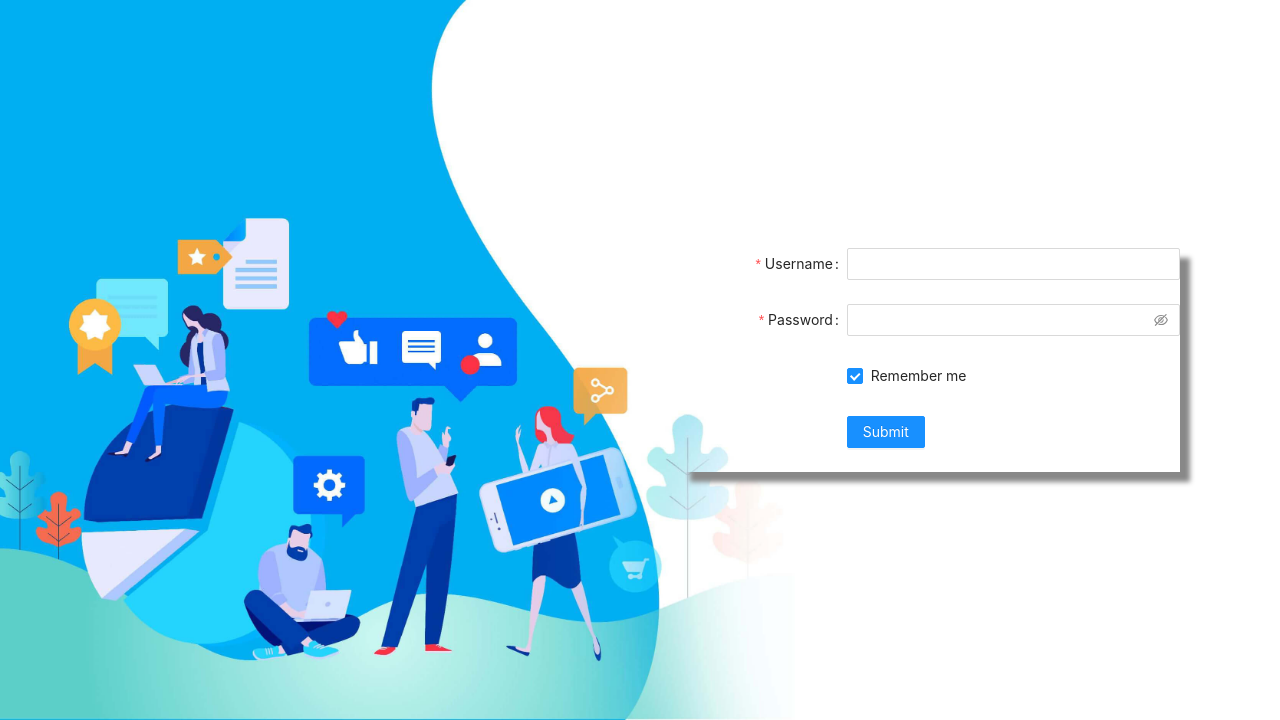
Repository: DallenCat/react-test
Page: /login
These files come from the project's save history. The page is drawn as it stood at one moment and after the next save; the edit follows.
The browser window is 1280 px wide. The pictures show the whole page.
The project was rebuilt for these pictures with package versions that can differ from the ones it lists, and the page was loaded fresh each time. Also part of the build but not shown: src/containers/dashboard/index.js, src/containers/personal/index.js, src/components/layout/index.css, src/components/layout/sider/menu.js, src/components/layout/sider/logo.js, src/components/layout/sider/index.js, src/components/layout/index.js.

Above is the page before, as saved 2021-10-29 17:29:06.

### src/index.js
/*
 * @Descripttion:
 * @version:
 * @Author: dal
 * @Date: 2021-10-26 17:14:54
 * @LastEditors: dal
 * @LastEditTime: 2021-10-28 17:36:55
 */
import React from 'react';
import ReactDOM from 'react-dom';
import './index.css';
import App from './App';
import reportWebVitals from './reportWebVitals';
import { Provider } from "react-redux"
import store from "./store"

ReactDOM.render(
  <Provider store={store}>
    <App />
  </Provider>,
  document.getElementById('root')
);

// If you want to start measuring performance in your app, pass a function
// to log results (for example: reportWebVitals(console.log))
// or send to an analytics endpoint. Learn more: https://bit.ly/CRA-vitals
reportWebVitals();

### src/App.js
/*
 * @Descripttion:
 * @version:
 * @Author: dal
 * @Date: 2021-10-26 17:14:54
 * @LastEditors: dal
 * @LastEditTime: 2021-10-29 16:36:06
 */

import './App.css';
import Routes from './routes';
import { BrowserRouter as Router, Switch, Route } from 'react-router-dom';
import SiderDemo from "@/components/layout/index.js"
import { Component } from 'react';
class App extends Component {
  render() {
    let staticPage = ['/login'] //不需要左侧导航的页面
    let LayoutRouter = (props) => {
      if (staticPage.includes(props.location.pathname)) {
        return (
          <Routes />
        )
      } else {
        return (
          <SiderDemo>
            <Routes />
          </SiderDemo>
        )
      }
    }
    return (
      <Router>
        <Switch>
          <Route path="/" component={LayoutRouter} />
        </Switch>
      </Router>
    )
  }

}
// render(<Router routes={routes} />, document.body)
export default App;

### src/store/index.js
/*
 * @Descripttion:
 * @version:
 * @Author: dal
 * @Date: 2021-10-28 17:32:00
 * @LastEditors: dal
 * @LastEditTime: 2021-10-29 15:12:22
 */
import { configureStore } from '@reduxjs/toolkit'

import counterReducer from '@/reducers/counterReducer'
import menuReducer from '@/reducers/menuReducer'

export default configureStore({
  reducer: {
    counter: counterReducer,
    menu: menuReducer
  }
})

### src/App.css
@import '~antd/dist/antd.css';

.App {
  text-align: center;
}

.App-logo {
  height: 40vmin;
  pointer-events: none;
}

@media (prefers-reduced-motion: no-preference) {
  .App-logo {
    animation: App-logo-spin infinite 20s linear;
  }
}

.App-header {
  background-color: #282c34;
  min-height: 100vh;
  display: flex;
  flex-direction: column;
  align-items: center;
  justify-content: center;
  font-size: calc(10px + 2vmin);
  color: white;
}

.App-link {
  color: #61dafb;
}

@keyframes App-logo-spin {
  from {
    transform: rotate(0deg);
  }

  to {
    transform: rotate(360deg);
  }
}

### src/routes/index.js
/*
 * @Descripttion:
 * @version:
 * @Author: dal
 * @Date: 2021-10-26 17:34:53
 * @LastEditors: dal
 * @LastEditTime: 2021-10-29 16:08:19
 */
import Login from "@/containers/login"
import Dashboard from "@/containers/dashboard"
import Personal from "@/containers/personal"
import { Route, Switch, withRouter } from 'react-router-dom';

const routes = () => {
  return (
    <Switch>
      <Route exact path={"/login"} component={Login} />
      <Route exact path={"/dashboard"} component={Dashboard} />
      <Route exact path={"/personal"} component={Personal} />

    </Switch>
  )
}
export default withRouter(routes)

### src/reducers/counterReducer.js
/*
 * @Descripttion:
 * @version:
 * @Author: dal
 * @Date: 2021-10-28 17:35:16
 * @LastEditors: dal
 * @LastEditTime: 2021-10-29 14:37:24
 */
import { createSlice } from '@reduxjs/toolkit'

export const counterSlice = createSlice({
  name: 'counter',
  initialState: {
    value: 0
  },
  reducers: {
    increment: state => {
      // Redux Toolkit allows us to write "mutating" logic in reducers. It
      // doesn't actually mutate the state because it uses the immer library,
      // which detects changes to a "draft state" and produces a brand new
      // immutable state based off those changes
      state.value += 1
    },
    decrement: state => {
      state.value -= 1
    },
    incrementByAmount: (state, action) => {
      state.value += action.payload
    }
  }
})

export const { increment, decrement, incrementByAmount } = counterSlice.actions
export const selectCount = state => state.counter.value
export default counterSlice.reducer

### src/reducers/menuReducer.js
/*
 * @Descripttion:
 * @version:
 * @Author: dal
 * @Date: 2021-10-29 14:58:26
 * @LastEditors: dal
 * @LastEditTime: 2021-10-29 15:12:01
 */
import { createSlice } from "@reduxjs/toolkit"

export const menuSlice = createSlice({
  name: "menu",
  initialState: {
    value: []
  },
  reducers: {
    setMenu: (state, action) => {
      state.value = action.payload
    }
  }
})
export const { setMenu } = menuSlice.actions
export const getMenu = state => state.menu.value
export default menuSlice.reducer

### src/containers/login/index.js
/*
 * @Descripttion:
 * @version:
 * @Author: dal
 * @Date: 2021-10-29 15:24:14
 * @LastEditors: dal
 * @LastEditTime: 2021-10-29 17:26:49
 */
import { Component } from "react";
import { Form, Input, Button, Checkbox } from 'antd';
import bgImg from "@/assets/images/login-background.jpg"
import "./login.scss"

export function LoginForm(props) {

  const onFinish = (values) => {
    console.log('Success:', values);
  };

  const onFinishFailed = (errorInfo) => {
    console.log('Failed:', errorInfo);
  };
  return (
    <Form
      name="basic"
      labelCol={{ span: 8, }}
      wrapperCol={{ span: 16, }}
      initialValues={{ remember: true, }}
      onFinish={onFinish}
      onFinishFailed={onFinishFailed}
      autoComplete="off"
    >
      <Form.Item
        label="Username"
        name="username"
        rules={[
          {
            required: true,
            message: '请输入用户名',
          },
        ]}
      >
        <Input />
      </Form.Item>

      <Form.Item
        label="Password"
        name="password"
        rules={[
          {
            required: true,
            message: '请输入密码',
          },
        ]}
      >
        <Input.Password />
      </Form.Item>

      <Form.Item
        name="remember"
        valuePropName="checked"
        wrapperCol={{
          offset: 8,
          span: 16,
        }}
      >
        <Checkbox>Remember me</Checkbox>
      </Form.Item>

      <Form.Item
        wrapperCol={{
          offset: 8,
          span: 16,
        }}
      >
        <Button type="primary" htmlType="submit">
          Submit
        </Button>
      </Form.Item>
    </Form>
  );

}
//这边只有子组件内部的数据流向
//子组件与父组件怎么通信？
class LOGIN extends Component {
  render(h) {
    return (
      <div>
        <div className="bg">
          <div className="form">
            <LoginForm></LoginForm>
          </div>
        </div>
      </div>
    )
  }
}
export default LOGIN

### src/containers/login/login.scss
.bg {
  width: 100%;
  height: 100vh;
  background-image: url('~@/assets/images/login-background.jpg');
  background-size: 100% 100%;
  background-repeat: no-repeat;
  display: flex;
  align-items: center;
  justify-content: flex-end;
}

.form {
  width: 500px;
  margin-right: 100px;
  box-shadow: 10px 10px 5px #888888;
}

Loaded but not shown: public/index.html (common file); src/index.css (common file); src/reportWebVitals.js (common file)

After the next save:
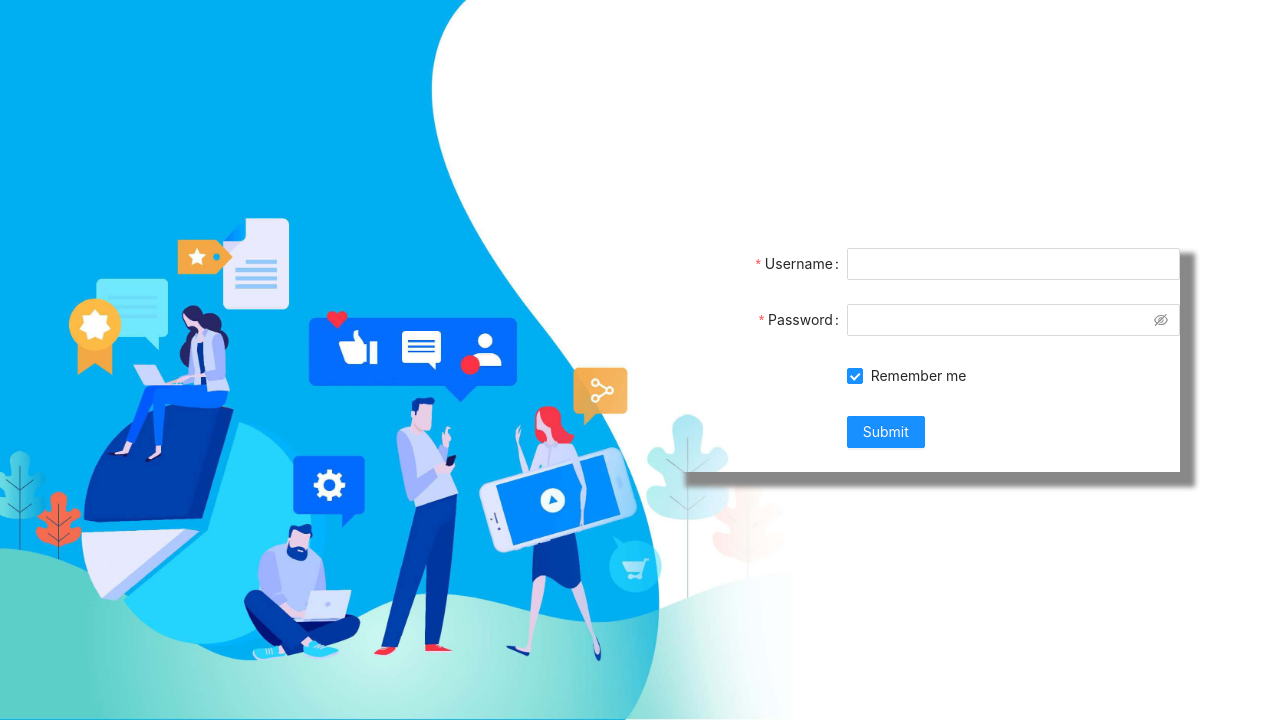
Saved 7 s later.
--- a/src/containers/login/login.scss
+++ b/src/containers/login/login.scss
@@ -12,5 +12,5 @@
 .form {
   width: 500px;
   margin-right: 100px;
-  box-shadow: 10px 10px 5px #888888;
+  box-shadow: 10px 10px 5px 5px #888888;
 }
